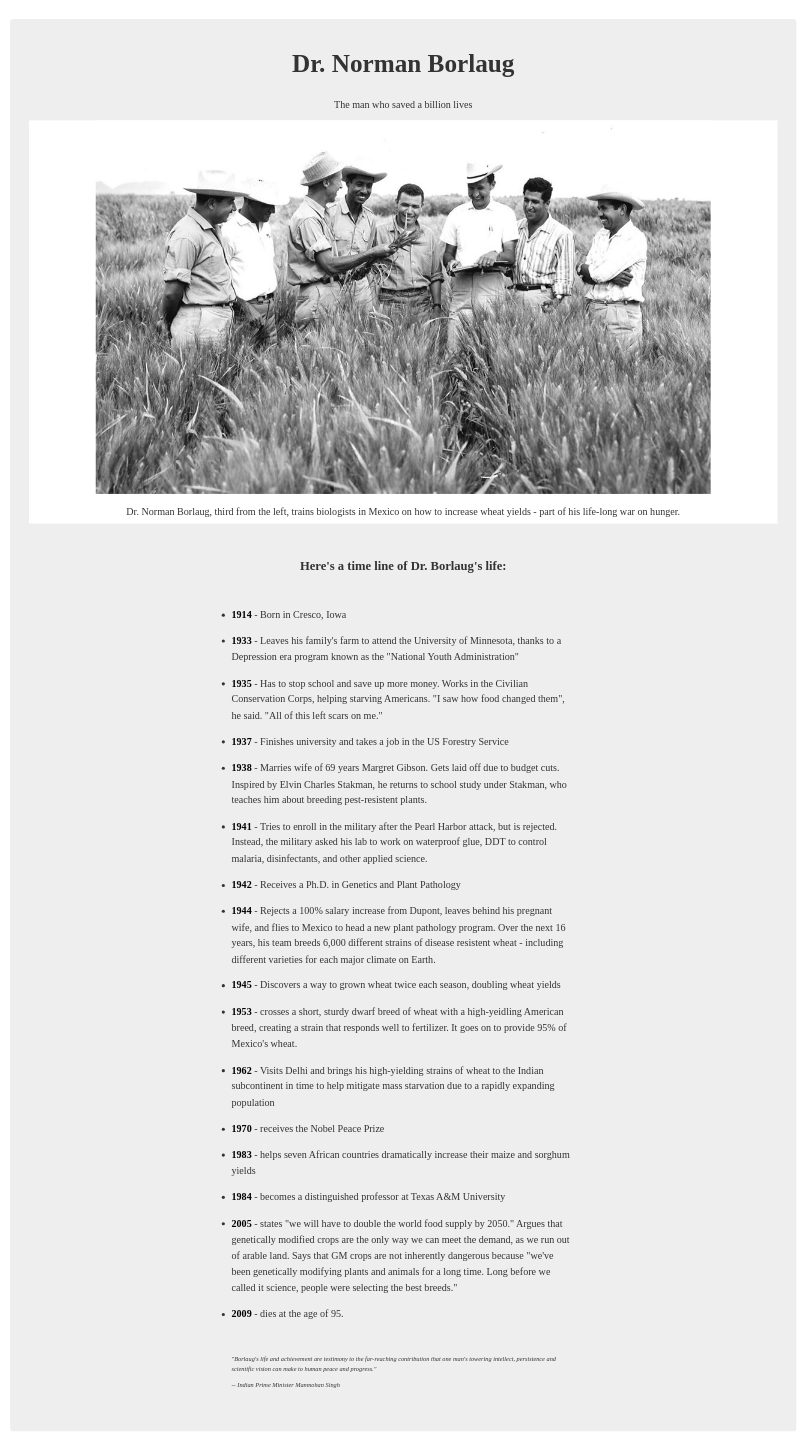
Repository: HTDuy01/github-demo
Page: freecodecamp/index.html
These files come from the project's save history. The page is drawn as it stood at one moment and after the next save; the edit follows.
The browser window is 1280 px wide. The pictures show the whole page, at 63% of full size.

Above is the page before, as saved 2021-11-18 21:39:10.

### freecodecamp/index.html
<!DOCTYPE html>
<html lang="en">
<head>
    <meta charset="UTF-8">
    <meta http-equiv="X-UA-Compatible" content="IE=edge">
    <meta name="viewport" content="width=device-width, initial-scale=1.0">
    <title>Document</title>
    <link rel="stylesheet" href="/assets/css/style.css">
    <link rel="stylesheet" href="/assets/css/base.css">
</head>
<body>
    <div class="main">
        <header id="title">
            <h1 class="heading">Dr. Norman Borlaug</h1>
            <p class="sub-heading">The man who saved a billion lives</p>
        </header>

        <div id="img-div">
            <img src="/assets/img/tribute-page-main-image.jpg" alt="" class="img">
            <p class="sub-img">Dr. Norman Borlaug, third from the left, trains biologists in Mexico on how to increase wheat yields - part of his life-long war on hunger.</p>
        </div>

        <div class="content">
            <h3 class="content-heading">Here's a time line of Dr. Borlaug's life:</h3>
            <ul class="content-list">
                <li class="content-item">
                    <strong>1914</strong>
                     - Born in Cresco, Iowa
                </li>
                <li class="content-item">
                    <strong>1933</strong>
                      - Leaves his family's farm to attend the University of Minnesota, thanks to a Depression era program known as the "National Youth Administration"
                </li>
                <li class="content-item">
                    <strong>1935</strong>
                     - Has to stop school and save up more money. Works in the Civilian Conservation Corps, helping starving Americans. "I saw how food changed them", he said. "All of this left scars on me."
                </li>
                <li class="content-item">
                    <strong>1937</strong>
                     - Finishes university and takes a job in the US Forestry Service
                </li>
                <li class="content-item">
                    <strong>1938</strong>
                     - Marries wife of 69 years Margret Gibson. Gets laid off due to budget cuts. Inspired by Elvin Charles Stakman, he returns to school study under Stakman, who teaches him about breeding pest-resistent plants.
                </li>
                <li class="content-item">
                    <strong>1941</strong>
                      - Tries to enroll in the military after the Pearl Harbor attack, but is rejected. Instead, the military asked his lab to work on waterproof glue, DDT to control malaria, disinfectants, and other applied science.
                </li>
                <li class="content-item">
                    <strong>1942</strong>
                       - Receives a Ph.D. in Genetics and Plant Pathology
                </li>
                <li class="content-item">
                    <strong>1944</strong>
                    - Rejects a 100% salary increase from Dupont, leaves behind his pregnant wife, and flies to Mexico to head a new plant pathology program. Over the next 16 years, his team breeds 6,000 different strains of disease resistent wheat - including different varieties for each major climate on Earth.
                </li>
                <li class="content-item">
                    <strong>1945</strong>
                     - Discovers a way to grown wheat twice each season, doubling wheat yields
                </li>
                <li class="content-item">
                    <strong>1953</strong>
                      - crosses a short, sturdy dwarf breed of wheat with a high-yeidling American breed, creating a strain that responds well to fertilizer. It goes on to provide 95% of Mexico's wheat.
                </li>
                <li class="content-item">
                    <strong>1962</strong>
                     - Visits Delhi and brings his high-yielding strains of wheat to the Indian subcontinent in time to help mitigate mass starvation due to a rapidly expanding population
                </li>
                <li class="content-item">
                    <strong>1970</strong>
                     - receives the Nobel Peace Prize
                </li>
                <li class="content-item">
                    <strong>1983</strong>
                      - helps seven African countries dramatically increase their maize and sorghum yields
                </li>
                <li class="content-item">
                    <strong>1984</strong>
                     - becomes a distinguished professor at Texas A&M University
                </li>
                <li class="content-item">
                    <strong>2005</strong>
                     - states "we will have to double the world food supply by 2050." Argues that genetically modified crops are the only way we can meet the demand, as we run out of arable land. Says that GM crops are not inherently dangerous because "we've been genetically modifying plants and animals for a long time. Long before we called it science, people were selecting the best breeds."
                </li>
                <li class="content-item">
                    <strong>2009</strong>
                      - dies at the age of 95.
                </li>
            </ul>

            <div class="content-end">
                <p class="content-end__heading">"Borlaug's life and achievement are testimony to the far-reaching contribution that one man's towering intellect, persistence and scientific vision can make to human peace and progress."</p>
                <p class="content-end__sub-heading">-- Indian Prime Minister Manmohan Singh</p>
            </div>
        </div>

        <footer class="footer">

        </footer>
    </div>
</body>
</html>

### freecodecamp/assets/css/style.css
.main {
    background-color: #eee;
    margin: 30px 8px;
    padding: 15px;
    border-radius: 5px;
}

/* header */
#title {
    text-align: center;
}

.heading {
    color: var(--color-header);
    font-size: 4rem;
    font-weight: 700;
    margin-top: 27px;
    line-height: 60px;
}

.sub-heading {
    font-size: 1.6rem;
    color: var(--color-header);
    font-weight: 300;
}

/* Bener */
#img-div {
    height: 640px;
    background-color: #fff;
    margin: 0 15px;
    text-align: center;
}

.img {
    width: 976px;
    height: 593px;
}

.sub-img {
    font-size: 1.6rem;
    color: var(--color-header);
    font-weight: 400;
}

.content-heading {
    font-size: 2rem;
    color: var(--color-header);
    font-weight: 600;
    text-align: center;
    margin: 50px 0;
}


.content {
    max-width: 545px;
    text-align: left;
    margin: 0 auto 50px auto;
    line-height: 1.6;
}

.content-list {
    padding-left: 0;
    margin-bottom: 50px;
}

.content-item {
    font-size: 1.6rem;
    margin: 16px 0;
    color: rgb(51,51,51);
}

strong {
    color: #000
}

.content-end {
    font-style: italic;
    max-width: 545px;
    margin: 0 auto 50px auto;
    text-align: left;
    color:rgb(51,51,51) ;
}

### freecodecamp/assets/css/base.css

* {
    box-sizing: inherit;
}

html {
    font-size: 62.5%;
    line-height: 1.6rem;
    /* font-family: -apple-system, BlinkMacSystemFont, 'Segoe UI', 'Roboto', 'Helvetica Neue', Arial, sans-serif; */
    box-sizing: border-box;
}

:root {
    --color-header:#333;
}

After the next save:
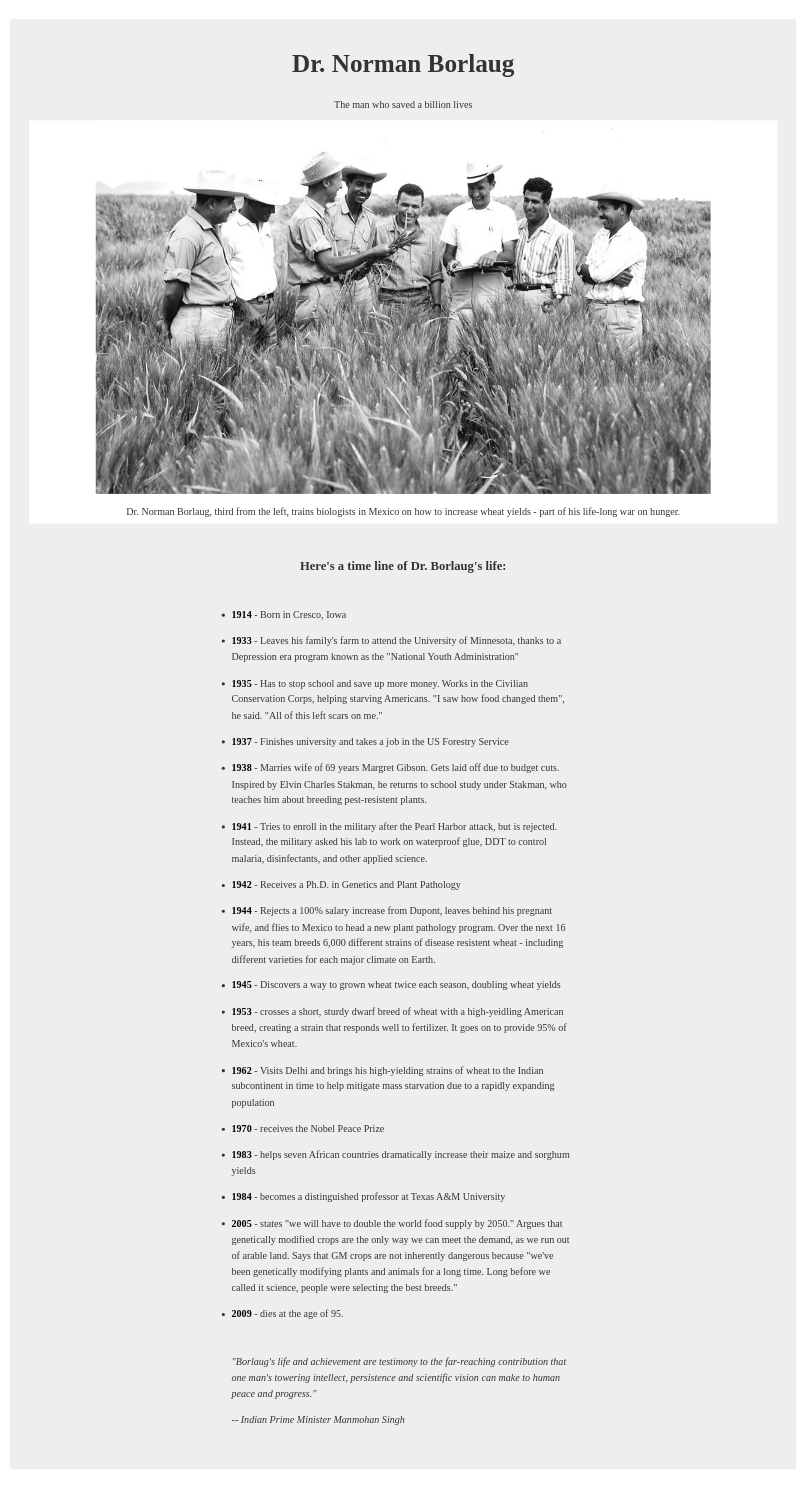
Saved 12 s later.
--- a/freecodecamp/assets/css/style.css
+++ b/freecodecamp/assets/css/style.css
@@ -80,4 +80,5 @@ strong {
     margin: 0 auto 50px auto;
     text-align: left;
     color:rgb(51,51,51) ;
+    font-size: 1.6rem;
 }
